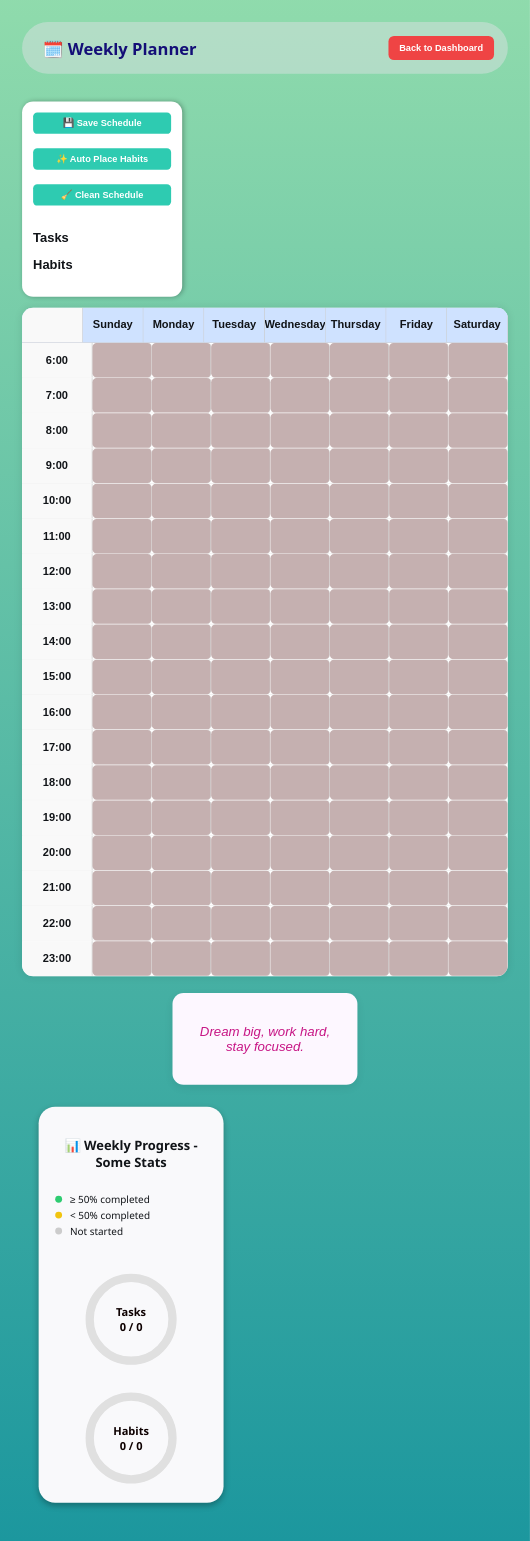
Repository: RachelB9913/smart-task-and-habit-tracker
Page: /schedule
The author's editor kept a copy of each file at every save. The page is drawn from the files as they stood at one save, then again after the next save.
The browser window is 768 px wide. The pictures show the whole page, at 69% of full size.
The project was rebuilt for these pictures with package versions that can differ from the ones it lists, and the page was loaded fresh each time. Also part of the build but not shown: src/components/PageWrapper.js, src/components/welcome.js, src/services/api.js, src/components/Login.js, src/components/Register.js, src/components/DashBoard.js.

Above is the page before, as saved 2025-06-29 18:58:38.

### src/App.js
import { BrowserRouter as Router, Routes, Route } from 'react-router-dom';
import Welcome from './components/welcome';
import Login from './components/Login';
import Register from './components/Register';
import Dashboard from './components/DashBoard';
import SchedulePlanner from './components/SchedulePlanner';


function App() {
  return (
    <Router>
      <Routes>
        <Route path="/" element={<Welcome />} />
        <Route path="/login" element={<Login />} />
        <Route path="/register" element={<Register />} />
        <Route path="/dashboard" element={<Dashboard />} />
        <Route path="/schedule" element={<SchedulePlanner />} />
      </Routes>
    </Router>
  );
}

export default App;

### src/App.css
html, body, #root {
  height: 100%;
  margin: 0;
  padding: 0;
  box-sizing: border-box;
}

form input {
  width: 100%;
  padding: 0.75rem;
  margin-bottom: 1rem;
  border: 1px solid #ddd;
  border-radius: 0.5rem;
  font-size: 1rem;
  transition: border-color 0.2s;
}

form input:focus {
  border-color: #6366f1; /* Indigo */
  outline: none;
}

form button,
.form-container button {
  width: 100%;
  padding: 0.75rem;
  font-size: 1rem;
  color: white;
  background-color: #6d6ed0; /* Indigo */
  border: none;
  border-radius: 0.5rem;
  cursor: pointer;
  transition: background-color 0.2s;
}

form button:hover,
.form-container button:hover {
  background-color: #4f46e5; /* Darker Indigo */
}

.form-container {
  max-width: 400px;
  margin: 100px auto;
  padding: 2rem;
  background-color: white;
  border-radius: 1rem;
  box-shadow: 0 8px 20px rgba(0, 0, 0, 0.1);
  text-align: center;
}

h2 {
  margin-bottom: 1.5rem;
  color: #130e77;
  font-size: 2rem;
  font-weight: 500;

}

.welcome-root {
  font-family: 'Manrope', 'Noto Sans', sans-serif;
  background: linear-gradient(to bottom, hsl(143, 51%, 71%), #1c979e);
  color: #111418;
  min-height: 100vh;
  display: flex;
  flex-direction: column;
}

.welcome-header {
  display: flex;
  justify-content: space-between;
  align-items: center;
  padding: 0rem 2rem;
  border-bottom: 1px solid #030f21;
  background-color: rgb(255, 255, 255);
}

.logo-area {
  display: flex;
  align-items: center;
  gap: 0.5rem;
}

.nav-links, .nav-actions {
  display: flex;
  gap: 1rem;
  align-items: center;
}

.nav-links a, .footer a {
  text-decoration: none;
  font-weight: 500;
  color: #111418;
}

.nav-actions button {
  padding: 0.5rem 1rem;
  border-radius: 8px;
  border: none;
  font-weight: bold;
  cursor: pointer;
}

/* top buttons */
.nav-actions button:first-child {
  background: #0c7ff2;
  color: white;
}

.nav-actions button:first-child:hover {
  background: #0361bf; /* new hover color */
  color: #e3e3e3;      /* optional: change text color on hover */
}

.nav-actions button:last-child {
  background: #f0f2f5;
  color: #111418;
}

.nav-actions button:last-child:hover {
  background: #b5b8bd; /* new hover color */
  color: #0c7ff2;      /* optional: change text color on hover */
}

.welcome-hero {
  background: transparent;
  padding: 3rem 2rem;
  text-align: center;
  color: rgb(1, 0, 9);
}

.welcome-hero h1 {
  font-size: 2.5rem;
  font-weight: 800;
}

.hero-actions {
  margin-top: 2rem;
  display: flex;
  justify-content: center;
  gap: 1rem;
}

.hero-actions button {
  padding: 0.75rem 1.5rem;
  font-weight: bold;
  border-radius: 8px;
  border: none;
  cursor: pointer;
}

/* center buttons */
.hero-actions button:first-child {
  background-color: #0c7ff2;
  color: white;
}

.hero-actions button:first-child:hover {
  background-color: #0c7ff2;
  color: white;
  border: #0d1101 1px solid;
}

.hero-actions button:last-child {
  background-color: #f0f2f5;
  color: #111418;
}

.hero-actions button:last-child:hover {
  background-color: #f0f2f5;
  color: #111418;
  border: #0d1101 1px solid;
}

.features {
  padding: 3rem 2rem;
  text-align: center;
}

.feature-cards {
  display: flex;
  gap: 1rem;
  flex-wrap: wrap;
  justify-content: center;
  margin-top: 2rem;
}

.feature-card {
  background: white;
  padding: 1.5rem;
  border-radius: 12px;
  border: 1px solid #052246;
  max-width: 300px;
  text-align: left;
  text-align: center;
  box-shadow: 0 4px 10px rgba(0, 0, 0, 0.5);

}

.footer {
  text-align: center;
  padding: 2rem;
  font-size: 1.1rem;
  color: #0d1101;
}

.register-background {
  background: linear-gradient(to left top, hsl(143, 51%, 71%), #1c979e);
  min-height: 100vh;
  display: flex;
  align-items: center;
  justify-content: center;
}

.login-background {
  background: linear-gradient(to right bottom, hsl(143, 51%, 71%), #1c979e);
  min-height: 100vh;
  display: flex;
  align-items: center;
  justify-content: center;
}

### src/components/Auth.css
.auth-container {
  max-width: 400px;
  margin: 60px auto;
  padding: 2rem;
  background-color: #f8f9fa;
  border-radius: 12px;
  box-shadow: 0 2px 10px rgba(0, 0, 0, 0.1);
}

.auth-form {
  display: flex;
  flex-direction: column;
  gap: 1rem;
}

.auth-form input {
  padding: 0.75rem;
  border-radius: 8px;
  border: 1px solid #ccc;
  font-size: 1rem;
}

.auth-form button {
  padding: 0.75rem;
  background-color: #007bff;
  color: white;
  border: none;
  border-radius: 8px;
  font-size: 1rem;
  cursor: pointer;
}

.auth-form button:hover {
  background-color: #0056b3;
}


.dashboard-header {
  display: flex;
  justify-content: flex-end;
  padding: 20px;
}

.dashboard-header button {
  padding: 10px 16px;
  background-color: #ef4444; /* red */
  color: white;
  border: none;
  border-radius: 8px;
  font-weight: bold;
  cursor: pointer;
}

.dashboard-header button:hover {
  background-color: #ad2626;
}

.button-group {
  display: flex;
  flex-direction: column;
  gap: 10px; /* Adjust the space between buttons */
}

### src/Dashboard.css
/* Dashboard.css */

.dashboard-container {
  font-family: 'Manrope', 'Noto Sans', sans-serif;
  min-height: 100vh;
  padding: 2rem;
  transition: background-color 0.3s ease;
  color: #111418;
}

.dashboard-container.light {
  background: linear-gradient(to bottom, hsl(143, 51%, 71%), #1c979e);
}

.dashboard-header {
  display: flex;
  justify-content: space-between;
  align-items: center;
  padding: 20px;
  background-color: rgba(218, 226, 226, 0.5);
  color: #031d3e;
  border-radius: 3rem;
  margin-bottom: 2rem;
}

.header-left {
  display: flex;
  align-items: center;
  justify-content: flex-start;
  flex: 1; /* allows the left side to take up space */
}

.header-left h2 {
  margin: 0;
  padding-left: 10px;
  font-weight: 700;
  font-size: 1.5rem;
}

.toggle-button,
.bg-toggle {
  padding: 0.6rem 1.2rem;
  font-weight: bold;
  border-radius: 8px;
  border: none;
  cursor: pointer;
  font-size: 1rem;
  background-color: #0c7ff2;
  color: white;
  transition: background-color 0.2s ease;
}

.toggle-button:hover,
.bg-toggle:hover {
  background-color: #035fd0;
}

.add-button {
  width: 30px;
  height: 30px;
  border-radius: 50%;
  font-size: 20px;
  background-color: hsl(211, 69%, 59%);
  color: white;
  border: none;
  cursor: pointer;
  transition: background-color 0.3s ease;
}

.add-button:hover {
  background-color: #0056b3;
}

.toggle-button {
  display: block;
  margin: 1rem auto;
}

.task-section,
.habit-section {
  background-color: white;
  color: #111418;
  max-width: 650px;
  margin: 1rem auto;
  padding: 1rem 1.5rem;
  border-radius: 1rem;
  box-shadow: 0 6px 12px rgba(120, 8, 226, 0.1);
}

.task-section ul,
.habit-section ul {
  list-style-type: none;
  padding: 0;
}

.task-section li,
.habit-section li {
  padding: 0.5rem 0;
  border-bottom: 1px solid #ddd;
}

.task-section li:last-child,
.habit-section li:last-child {
  border-bottom: none;
}

h1 {
  text-align: center;
  font-size: 2rem;
  margin-bottom: 2rem;
  color: #031d3e;
  font-weight: 1000;
}

.logout-button {
  background-color: #e74c3c;
  color: white;
  border: none;
  padding: 8px 12px;
  border-radius: 5px;
  cursor: pointer;
}

.logout-button:hover {
  background-color: #c0392b;
}

.form-popup-overlay {
  position: fixed;
  top: 0;
  left: 0;
  height: 100vh;
  width: 100vw;
  background: rgba(0, 0, 0, 0.3);
  display: flex;
  align-items: center;
  justify-content: center;
  z-index: 999;
}

.form-popup {
  background: white;
  padding: 2rem;
  border-radius: 1rem;
  box-shadow: 0 0 20px rgba(0,0,0,0.2);
  display: flex;
  flex-direction: column;
  gap: 1rem;
  width: 300px;
}

.task-item {
  padding: 0.5rem 0;
  border-bottom: 1px solid #ddd;
}

.task-content {
  display: flex;
  align-items: flex-start;
}

.task-content input[type="checkbox"] {
  margin-top: 0.7rem;
  margin-left: 0.9rem;
  transform: scale(1.2);
  cursor: pointer;
}

.task-details {
  flex: 1;
  padding: 0.5rem 0.75rem; /* ← Add this for internal spacing */
  border-radius: 0.5rem;
}

.task-done {
  opacity: 0.5;
  text-decoration: line-through;
}

.task-item {
  background-color: white;
  margin-bottom: 0.5rem;
  border-radius: 0.5rem;
  box-shadow: 0 1px 3px rgba(0,0,0,0.1);
  transition: transform 0.2s ease;
}

.task-actions {
  display: flex;
  flex-direction: column;
  gap: 0.3rem;
}

.edit-button, .delete-button {
  background: none;
  border: black;
  border-radius: 0.5rem;
  cursor: pointer;
  font-size: 1rem;
  transition: color 0.2s;
}

.edit-button:hover {
  color: #0a58ca;
}

.delete-button:hover {
  color: #dc3545;
}

.task-section li strong,
.habit-section li strong {
  font-weight: 700;
  font-size: 1rem;
  color: #031d3e;
}

.task-section li em,
.habit-section li em {
  font-style: italic;
  color: #555;
}

.task-section li,
.habit-section li {
  font-family: 'Manrope', 'Noto Sans', sans-serif;
  font-size: 0.95rem;
  font-weight: lighter;
}

### src/components/SchedulePlanner.css
.stats-wrapper {
  display: flex;
  flex-direction: column;
  gap: 1.5rem;
  align-items: center;
  padding: 1rem;
}

.quote-panel {
  background-color: #fdf7ff;
  color: mediumvioletred;
  padding: 1.5rem;
  border-radius: 16px;
  text-align: center;
  box-shadow: 0 4px 12px rgba(0, 0, 0, 0.08);
  font-size: 1.2rem;
  font-style: italic;
  display: flex;
  justify-content: center;
  align-items: center;
  min-height: 85px;
  width: 100%;
  max-width: 220px;
}

.quote-panel:hover {
  color: #1f16cd;
}

.stats-wrapper .stats-panel {
  width: 100%;
  max-width: 220px;
}

.planner-container {
  display: flex;
  height: calc(100vh - 120px);
  font-family: 'Manrope', sans-serif;
}

.task-sidebar {
  width: 200px;
  background: white;
  padding: 1rem;
  box-shadow: 2px 0 8px rgba(0,0,0,0.3);
  border-radius: 1rem;
  margin: 1rem;
  height: fit-content;
}

.task-item {
  background: hsl(210, 34%, 76%);
  color: #031d3e;
  margin: 0.5rem 0;
  padding: 0.6rem;
  border-radius: 10px;
  font-weight: 600;
  box-shadow: 0 2px 4px rgba(0,0,0,0.1);
}

.calendar-grid {
  flex: 1;
  display: flex;
  flex-direction: column;
  overflow: auto;
  margin: 1rem;
  border-radius: 1rem;
  background: white;
  box-shadow: 0 0 12px rgba(0, 0, 0, 0.1);
}


.grid-header {
  display: flex;
  background: #cfe2ff;
  font-weight: bold;
  border-bottom: 1px solid #ccc;
}

.grid-body .row {
  display: flex;
  border-bottom: 1px solid #eee;
}

.cell {
  flex: 1;
  min-width: 0;
  max-width: 100%;
  width: auto;
  /* width: 12vw; */
  height: 6vh;
  /* min-width: 80px;
  min-height: 40px;
  max-width: 160px;
  max-height: 80px; */
  overflow: hidden;
  border-right: 1px solid #ccc;
  box-sizing: border-box;
  padding: 0.5rem;
}

.hour-cell {
  flex: 1;
  min-width: 0;
  max-width: 100%;
  width: auto;
  background: #f9f9f9;
  /* width: 80px; */
  font-weight: bold;
  display: flex;
  align-items: center;
  justify-content: center;
  border-right: 1px solid #ccc;
  height: 50px;
}

.time-slot {
  background-color: #c5b0b0;
  border-radius: 6px;
  height: 50px;
  display: flex;
  justify-content: center;
  align-items: center;
  padding: 0;
}

.time-slot:hover {
  background-color: #e7f5ff;
  cursor: pointer;
}

.day-cell {
  display: flex;
  align-items: center;
  justify-content: center;
  text-align: center;
  background: #cfe2ff;
  border-right: 1px solid #ccc;
  height: 50px;
  font-weight: 600;
}

.scheduled-task {
  background-color: #a8dadc;
  border: 1px solid #3dbd19;
  padding: 2px 6px;
  border-radius: 6px;
  font-weight: 500;
  font-size: 0.8rem;
  text-align: center;
  display: flexbox;
  justify-content: space-between;
  align-items: center;
  overflow: hidden;
  text-overflow: ellipsis;
}

.scheduled-task.habit-task {
  background-color: #a8dadc;
  border: 1px solid #7e2fbe;
  padding: 2px 5px;
  border-radius: 6px;
  font-weight: 500;
  font-size: 0.8rem;
  text-align: center;
  display: flexbox;
  justify-content: space-between;
  align-items: center;
  overflow: hidden;
  text-overflow: ellipsis;
}

.done-task {
  background-color: #90ee90 !important; /* light green for done tasks */
  border: 1px solid #3dbd19 !important;
}

.remove-btn {
  background: none;
  border: none;
  color: #d00000;
  font-size: 0.8rem;
  cursor: pointer;
  margin-left: 0rem;
  margin-right: 0.6rem;
}

.grayed-out {
  opacity: 0.5;
  pointer-events: none;
}

.save-button {
  margin-bottom: 1rem;
  padding: 0.5rem 1rem;
  background-color: #2ecbb1;
  color: white;
  border: none;
  border-radius: 6px;
  font-weight: bold;
  cursor: pointer;
  transition: background-color 0.2s ease;
}

.save-button:hover {
  background-color: #137969;
}

.save-button-container {
  display: flex;
  justify-content: center;
  margin-bottom: 1rem;
}

.mark-done-btn {
  background: none;
  border: none;
  color: green;
  font-size: 1rem;
  cursor: pointer;

}

.vertical-buttons {
  display: flex;
  flex-direction: column;
  gap: 5px;
}

.habit-icons {
  display: flex;
  gap: 4px;
}
.duplicate-btn {
  background: none;
  border: none;
  font-size: 1rem;
  cursor: pointer;
}

.modal-overlay {
  position: fixed;
  top: 0;
  left: 0;
  width: 100%;
  height: 100%;
  backdrop-filter: blur(6px);
  background-color: rgba(0, 0, 0, 0.3);
  display: flex;
  align-items: center;
  justify-content: center;
  z-index: 1000;
}

.modal-content {
  background-color: white;
  padding: 2rem;
  border-radius: 12px;
  box-shadow: 0 8px 24px rgba(0, 0, 0, 0.2);
  text-align: center;
  min-width: 300px;
  animation: fadeIn 0.3s ease;
  min-width: 60vw;
  max-width: 95vw;
  padding: 1rem;
}

@media (max-width: 600px) {
  .modal-content {
    min-width: 90vw;
    padding: 0.5rem;
  }
}

.modal-buttons {
  margin-top: 1rem;
  display: flex;
  justify-content: space-around;
  gap: 1rem;
}

.confirm-btn,
.cancel-btn {
  padding: 0.6rem 1.2rem;
  border-radius: 8px;
  border: none;
  cursor: pointer;
  font-weight: bold;
  transition: background-color 0.2s ease;
}

.confirm-btn {
  background-color: #4CAF50;
  color: white;
  font-weight: lighter;
}

.cancel-btn {
  background-color: #f44336;
  color: white;
  font-weight: lighter;
}

.confirm-btn:hover {
  background-color: #45a049;
}

.cancel-btn:hover {
  background-color: #d32f2f;
}

@keyframes fadeIn {
  from { opacity: 0; transform: scale(0.9); }
  to { opacity: 1; transform: scale(1); }
}

.stat-circle.full-gold {
  background-color: gold;
  border-radius: 50%;
  padding: 0.3rem;
}

@media (max-width: 900px) {
  .planner-container {
    flex-direction: column;
    height: auto;
  }
  .task-sidebar, .calendar-grid {
    max-width: 100%;
    margin: 0.5rem 0;
  }
  .stats-panel {
    max-width: 100%;
  }
}

### src/components/StatisticsPanel.js
import React, { useEffect, useState, useRef } from "react";
import './StatisticsPanel.css';
import confetti from "canvas-confetti";

function isSameWeek(dateStr1, dateStr2) {
  const d1 = new Date(dateStr1);
  const d2 = new Date(dateStr2);
  const getStartOfWeek = (d) => {
    const date = new Date(d);
    const day = date.getDay();
    const diff = date.getDate() - day + (day === 0 ? -6 : 1);
    return new Date(date.setDate(diff));
  };
  return getStartOfWeek(d1).toDateString() === getStartOfWeek(d2).toDateString();
}

const quotes = [
  "Every accomplishment starts with the decision to try.",
  "The secret of getting ahead is getting started.",
  "Progress, not perfection.",
  "Small steps every day lead to big results.",
  "Believe in yourself and all that you are.",
  "Success is the sum of small efforts repeated day in and day out.",
  "You are capable of amazing things.",
  "Your only limit is you.",
  "Dream big, work hard, stay focused.",
  "Success is not the key to happiness. Happiness is the key to success.",
  "The future depends on what you do today.",
  "Don't watch the clock; do what it does. Keep going.",
];

export default function StatisticsPanel() {
  const [habitStats, setHabitStats] = useState({ week: 0, total: 0 });
  const [taskStats, setTaskStats] = useState({ week: 0, total: 0 });
  const [trigger, setTrigger] = useState(0);
  const randomQuote = useRef(quotes[Math.floor(Math.random() * quotes.length)]);
  const [wasAllTasksDone, setWasAllTasksDone] = useState(false);
  const [wasAllHabitsDone, setWasAllHabitsDone] = useState(false);

  useEffect(() => {
    const handler = () => setTrigger((prev) => prev + 1);
    window.addEventListener("storage-updated", handler);
    return () => window.removeEventListener("storage-updated", handler);
  }, []);

  useEffect(() => {
    const now = new Date();
    const taskCompletions = JSON.parse(localStorage.getItem("taskCompletions") || "[]");
    const taskWeekDone = taskCompletions.filter(entry => isSameWeek(entry.completedAt, now)).length;

    const habitCompletions = JSON.parse(localStorage.getItem("habitCompletions") || "[]");
    const habitWeekDone = habitCompletions.filter(entry => isSameWeek(entry.completedAt, now)).length;

    const scheduled = JSON.parse(localStorage.getItem("scheduledItems") || "[]");
    const scheduledThisWeek = scheduled.filter(item => isSameWeek(item.scheduledAt, now));

    const taskWeekTotal = scheduledThisWeek.filter(item => item.type === "task").length;
    const habitWeekTotal = scheduledThisWeek.filter(item => item.type === "habit").length;

    setTaskStats({ week: taskWeekDone, total: taskWeekTotal });
    setHabitStats({ week: habitWeekDone, total: habitWeekTotal });
  }, [trigger]);

  const allTasksDone = taskStats.week === taskStats.total && taskStats.total > 0;
  const allHabitsDone = habitStats.week === habitStats.total && habitStats.total > 0;

  useEffect(() => {
    const fireConfetti = (x) => {
        confetti({
        particleCount: 300,
        spread: 50,
        origin: { x:0.87, y: 0.65},
        });
    };

    if (allTasksDone && !wasAllTasksDone) {
        fireConfetti(0.89); // near stats panel
        setWasAllTasksDone(true);
    } else if (!allTasksDone) {
        setWasAllTasksDone(false);
    }

    if (allHabitsDone && !wasAllHabitsDone) {
        fireConfetti(0.89); // same position
        setWasAllHabitsDone(true);
    } else if (!allHabitsDone) {
        setWasAllHabitsDone(false);
    }
    }, [allTasksDone, allHabitsDone]);


  function getProgressColor(ratio, isDone) {
    if (isDone) return "gold";
    if (isNaN(ratio) || ratio === 0) return "#ccc";
    if (ratio < 0.5) return "#f1c40f";
    return "#2ecc71";
  }

  return (
    <div className="stats-wrapper">
    <div className="quote-panel">
      {randomQuote.current}
    </div>

    <div className="stats-panel">
        <h3 style={{ textAlign: "center", marginBottom: "1rem" }}>📊 Weekly Progress - Some Stats</h3>
        <div className="legend">
            <div className="legend-item">
            <span className="dot green"></span> ≥ 50% completed
            </div>
            <div className="legend-item">
            <span className="dot yellow"></span> &lt; 50% completed
            </div>
            <div className="legend-item">
            <span className="dot gray"></span> Not started
            </div>
        </div>

        {(allTasksDone || allHabitsDone) && (
            <div className="celebration-message">
            🎉 {allTasksDone && allHabitsDone
                ? "You completed ALL your tasks and habits this week!"
                : allTasksDone
                ? "All tasks completed – amazing work! ✅"
                : "All habits completed – you're crushing it! 💪"}
            </div>
        )}

        <div className={`stat-circle ${taskStats.week === taskStats.total && taskStats.total > 0 ? "full-gold" : ""}`}>
            <svg>
                <circle className="stat-bg" cx="70" cy="70" r="60" />
                <circle
                className="stat-fill"
                cx="70"
                cy="70"
                r="60"
                stroke={getProgressColor(taskStats.week / taskStats.total || 0)}
                strokeDasharray={2 * Math.PI * 60}
                strokeDashoffset={(1 - (taskStats.week / taskStats.total || 0)) * 2 * Math.PI * 60}
                />
            </svg>
            <div className="stat-label">
                <div>Tasks</div>
                <div>{taskStats.week} / {taskStats.total}</div>
            </div>
        </div>

        <div className={`stat-circle ${habitStats.week === habitStats.total && habitStats.total > 0 ? "full-gold" : ""}`}>
            <svg>
                <circle className="stat-bg" cx="70" cy="70" r="60" />
                <circle
                className="stat-fill"
                cx="70"
                cy="70"
                r="60"
                stroke={getProgressColor(habitStats.week / habitStats.total || 0)}
                strokeDasharray={2 * Math.PI * 60}
                strokeDashoffset={(1 - (habitStats.week / habitStats.total || 0)) * 2 * Math.PI * 60}
                />
            </svg>
            <div className="stat-label">
                <div>Habits</div>
                <div>{habitStats.week} / {habitStats.total}</div>
            </div>
        </div>
      </div>
    </div>
  );
}

### src/components/StatisticsPanel.css
.stat-label {
  position: absolute;
  top: 0;
  left: 0;
  width: 100%;
  height: 100%;
  display: flex;
  flex-direction: column;
  align-items: center;
  justify-content: center;
  font-weight: bold;
  font-size: 1rem;
  color: #0e0101;
}

.stats-panel {
  position: sticky;
  top: 1rem;
  align-self: flex-start;
  background: #f9f9fb;
  border-radius: 1.5rem;
  box-shadow: 0 4px 10px rgba(0, 0, 0, 0.3);
  font-family: 'Segoe UI', sans-serif;
  padding: 1.5rem;
  margin: 0.5rem;
  display: flex;
  flex-direction: column;
  gap: 2rem;
  max-width: 230px;
}

.stat-circle {
  position: relative;
  width: 140px;
  height: 140px;
  margin: 0 auto;
}

.stat-circle svg {
  transform: rotate(-90deg);
  width: 100%;
  height: 100%;
}

.stat-bg,
.stat-fill {
  fill: none;
  stroke-width: 12;
  stroke-linecap: round;
}

.stat-bg {
  stroke: #e0e0e0;
}

.stat-fill {
  fill: none;
  stroke-width: 12;
  stroke-linecap: round;
  transition: stroke-dashoffset 0.5s ease;
}

.stat-label {
  position: absolute;
  top: 50%;
  left: 50%;
  transform: translate(-50%, -50%);
  text-align: center;
}

.stat-label strong {
  display: block;
  font-size: 1.1rem;
  color: #333;
}

.progress-ring circle {
  transition: stroke-dashoffset 0.6s ease-out;
}

.stats-circle {
  position: relative;
  cursor: help;
}
.stats-circle:hover::after {
  content: attr(data-tooltip);
  position: absolute;
  top: -1.5rem;
  left: 50%;
  transform: translateX(-50%);
  background: #444;
  color: #fff;
  padding: 0.3em 0.5em;
  border-radius: 4px;
  font-size: 0.8rem;
  white-space: nowrap;
  z-index: 10;
}

.legend {
  display: flex;
  flex-direction: column;
  gap: 4px;
  margin-top: -1rem;
  margin-bottom: 1rem;
  align-items: flex-start;
}

.legend-item {
  display: flex;
  align-items: center;
  gap: 0.4rem;
  font-size: 0.9rem;
}

.dot {
  display: inline-block;
  width: 10px;
  height: 10px;
  margin-right: 5px;
  border-radius: 50%;
}
.green { background: #2ecc71; }
.yellow { background: #f1c40f; }
.gray { background: #ccc; }

.celebration-message {
  margin-top: 0rem;
  font-weight: bold;
  font-size: 1.1rem;
  color: #27ae60;
  text-align: center;
  animation: pop 0.6s ease;
}

@keyframes pop {
  0% { transform: scale(0.8); opacity: 0; }
  50% { transform: scale(1.1); opacity: 1; }
  100% { transform: scale(1); }
}

Loaded but not shown: public/index.html (common file); src/index.js (common file); src/index.css (common file); src/reportWebVitals.js (common file); src/components/SchedulePlanner.js (681 lines, source omitted)

After the next save:
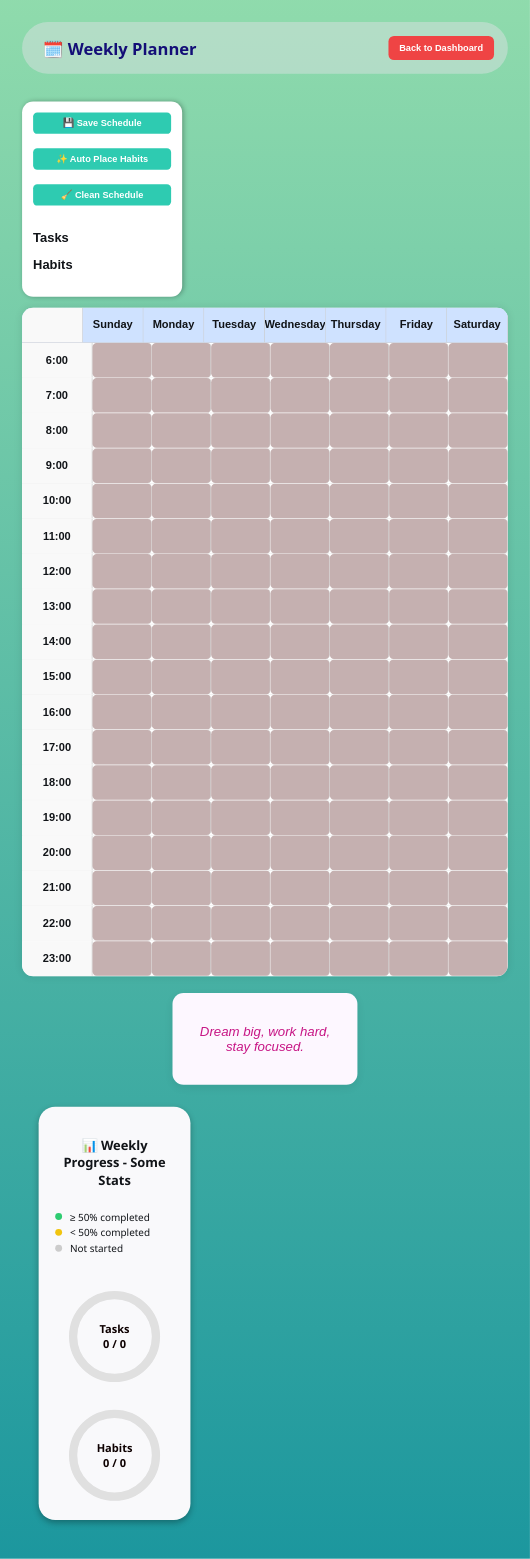
Saved 36 s later.
--- a/src/components/SchedulePlanner.css
+++ b/src/components/SchedulePlanner.css
@@ -330,6 +330,9 @@
     margin: 0.5rem 0;
   }
   .stats-panel {
-    max-width: 100%;
+    width: 100%;
+    max-width: 230px;
+    min-width: 180px;
+    box-sizing: border-box;
   }
 }
